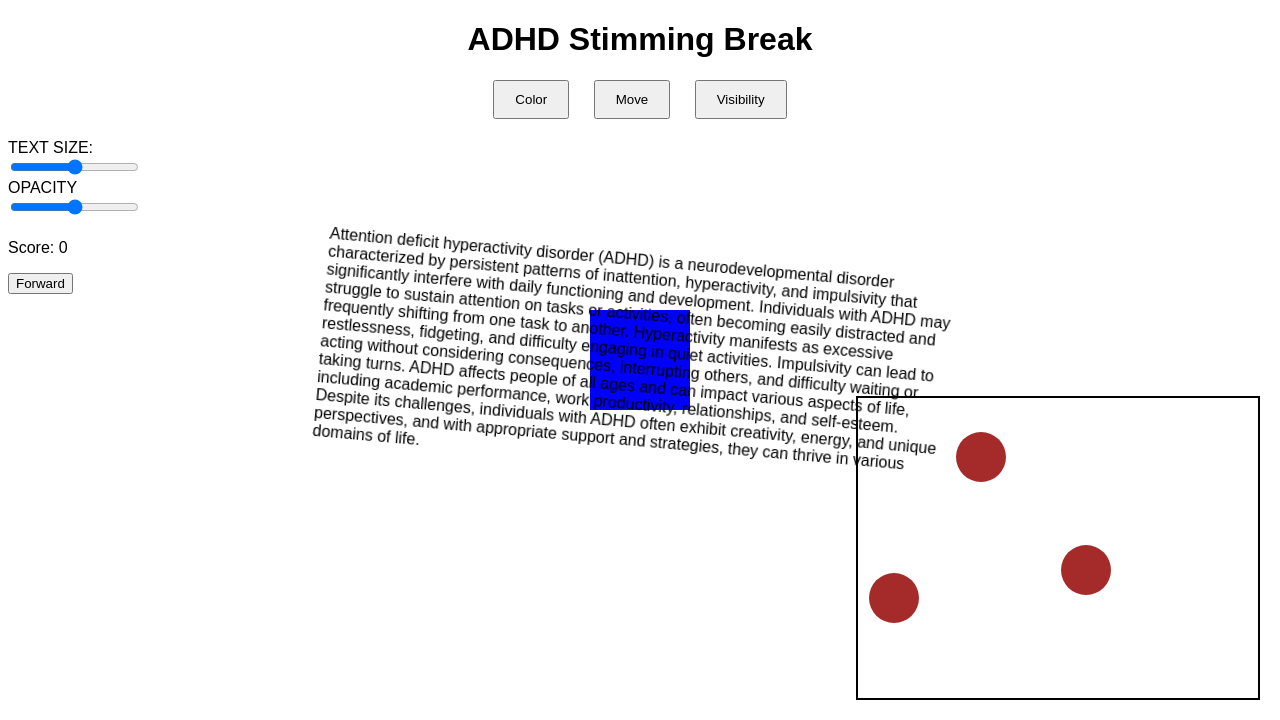
Repository: anderscederberg11/unhandledRuntimeError.json
Page: Henver/henver3.html
An editor plug-in stored every save of this project. The page is shown before and after the next save, followed by the edit.
The browser window is 1280 px wide. The pictures show the whole page.

Above is the page before, as saved 2024-05-24 20:24:38.

### Henver/henver3.html
<!DOCTYPE html>
<html lang="en">
<head>
    <meta charset="UTF-8">
    <meta name="viewport" content="width=device-width, initial-scale=1.0">
    <title>HenverADHD</title>
    <link rel="stylesheet" href="henver3.css">
</head>
<body>
    <h1>ADHD Stimming Break</h1>
    <audio id="background-music" src="/Henver/imgs/what.mp3" autoplay></audio>
    <div class="buttons">
      <button onclick="changeColor()">Color</button>
      <button onclick="moveElement()">Move</button>
      <button onclick="toggleVisibility()">Visibility</button>
    </div>

    <div class="sliders">
      <label for="slider1">TEXT SIZE:</label>
      <input type="range" id="slider1" min="0" max="100" value="50" onchange="adjustFontSize(this.value)">
      <label for="slider2">OPACITY</label>
      <input type="range" id="slider2" min="0" max="100" value="50" onchange="adjustOpacity(this.value)">
    </div>

    <div id="movableElement" class="movable-element"></div>

    <div class="floating-paragraph">
        <p>Attention deficit hyperactivity disorder (ADHD) is a neurodevelopmental disorder characterized by persistent patterns of inattention, hyperactivity, and impulsivity that significantly interfere with daily functioning and development. Individuals with ADHD may struggle to sustain attention on tasks or activities, often becoming easily distracted and frequently shifting from one task to another. Hyperactivity manifests as excessive restlessness, fidgeting, and difficulty engaging in quiet activities. Impulsivity can lead to acting without considering consequences, interrupting others, and difficulty waiting or taking turns. ADHD affects people of all ages and can impact various aspects of life, including academic performance, work productivity, relationships, and self-esteem. Despite its challenges, individuals with ADHD often exhibit creativity, energy, and unique perspectives, and with appropriate support and strategies, they can thrive in various domains of life.</p>
      </div>

      <div class="game-container" onclick="whackMole()">
        <div class="mole" id="mole1"></div>
        <div class="mole" id="mole2"></div>
        <div class="mole" id="mole3"></div>
      </div>

      <p>Score: <span id="score">0</span></p>

      <button onclick="redirectToAnotherPage()">Forward</button>

<script>
    function changeColor() {
  const colors = ["red", "green", "blue", "yellow", "purple", "orange"];
  const randomColor = colors[Math.floor(Math.random() * colors.length)];
  document.body.style.backgroundColor = randomColor;
}

function moveElement() {
  const element = document.getElementById("movableElement");
  const randomX = Math.random() * (window.innerWidth - element.offsetWidth);
  const randomY = Math.random() * (window.innerHeight - element.offsetHeight);
  element.style.left = randomX + "px";
  element.style.top = randomY + "px";
}

function toggleVisibility() {
  const element = document.getElementById("movableElement");
  element.style.display = element.style.display === "none" ? "block" : "none";
}

function adjustFontSize(value) {
  document.body.style.fontSize = value + "px";
}

function adjustOpacity(value) {
  document.getElementById("movableElement").style.opacity = value / 100;
}
let score = 0;

function changeColor() {
  const colors = ["red", "green", "blue", "yellow", "purple", "orange"];
  const randomColor = colors[Math.floor(Math.random() * colors.length)];
  document.body.style.backgroundColor = randomColor;
}

function moveElement() {
  const element = document.getElementById("movableElement");
  const randomX = Math.random() * (window.innerWidth - element.offsetWidth);
  const randomY = Math.random() * (window.innerHeight - element.offsetHeight);
  element.style.left = randomX + "px";
  element.style.top = randomY + "px";
}

function toggleVisibility() {
  const element = document.getElementById("movableElement");
  element.style.display = element.style.display === "none" ? "block" : "none";
}

function adjustFontSize(value) {
  document.body.style.fontSize = value + "px";
}

function adjustOpacity(value) {
  document.getElementById("movableElement").style.opacity = value / 100;
}

function redirect() {
            window.location.href = "/Anders/anders.html";
        }

function whackMole() {
  event.target.style.display = "none";
  score++;
  document.getElementById("score").innerText = score;
}

function showMole(mole) {
  mole.style.display = "block";
  const randomX = Math.random() * 350;
  const randomY = Math.random() * 250;
  mole.style.left = randomX + "px";
  mole.style.top = randomY + "px";
}

setInterval(() => {
  const moles = document.querySelectorAll(".mole");
  moles.forEach((mole) => {
    showMole(mole);
  });
}, 1000);
</script>
</body>
</html>

### Henver/henver3.css
body {
    font-family: Arial, sans-serif;
  }

  h1 {
    text-align: center;
  }

  .buttons {
    text-align: center;
    margin-bottom: 20px;
  }

  .buttons button {
    padding: 10px 20px;
    margin: 0 10px;
  }

  .sliders {
    margin-bottom: 20px;
  }

  .sliders label {
    display: block;
  }

  .movable-element {
    width: 100px;
    height: 100px;
    background-color: blue;
    position: absolute;
    top: 50%;
    left: 50%;
    transform: translate(-50%, -50%);
  }
  .floating-paragraph {
    position: fixed;
    top: 50%;
    left: 50%;
    transform: translate(-50%, -50%);
    animation: floatAndMove 10s infinite alternate;
  }

  .game-container {
    position: fixed;
    bottom: 20px;
    right: 20px;
    width: 400px;
    height: 300px;
    border: 2px solid black;
    overflow: hidden;
}

.mole {
    position: absolute;
    width: 50px;
    height: 50px;
    background-color: brown;
    border-radius: 50%;
    cursor: pointer;
    display: none;
}
  @keyframes floatAndMove {
    0% {
      transform: translate(-50%, -50%) rotate(0deg);
    }
    50% {
      transform: translate(-50%, -50%) rotate(5deg);
    }
    100% {
      transform: translate(-50%, -50%) rotate(0deg);
    }
  }

After the next save:
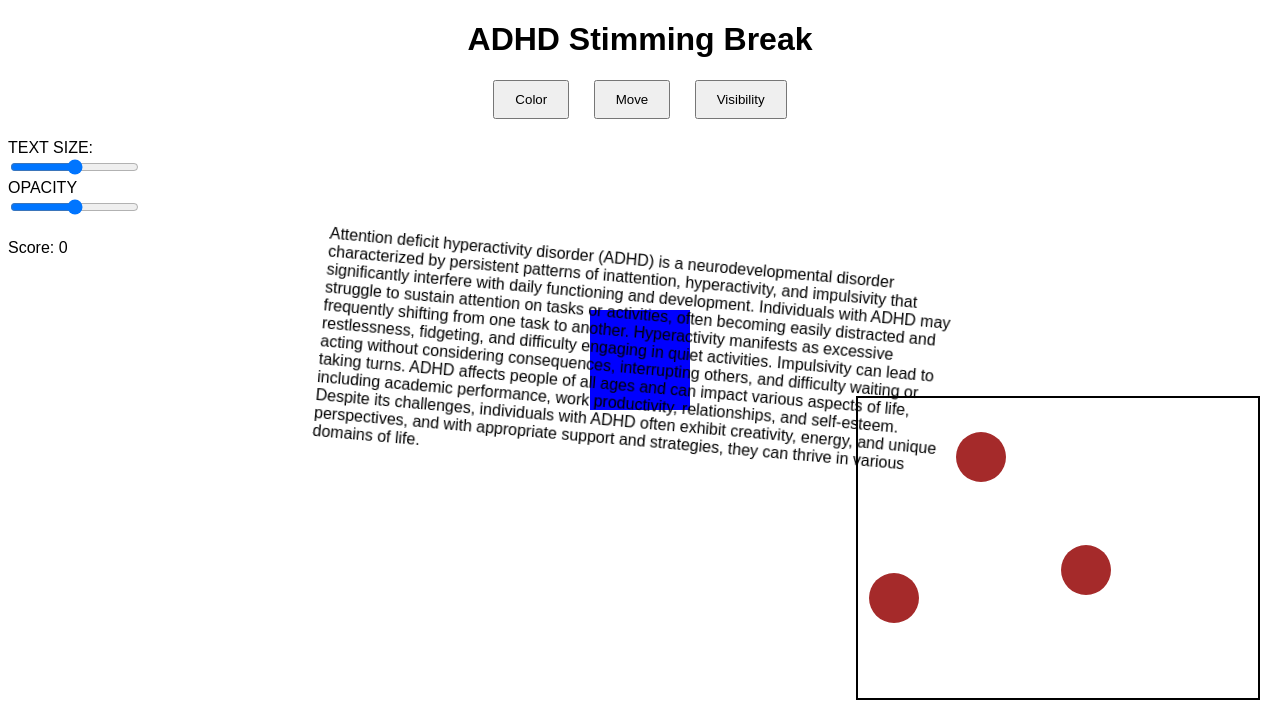
Saved 69 s later.
--- a/Henver/henver3.html
+++ b/Henver/henver3.html
@@ -35,8 +35,6 @@
       </div>
 
       <p>Score: <span id="score">0</span></p>
-
-      <button onclick="redirectToAnotherPage()">Forward</button>
 
 <script>
     function changeColor() {
@@ -94,10 +92,6 @@ function adjustOpacity(value) {
   document.getElementById("movableElement").style.opacity = value / 100;
 }
 
-function redirect() {
-            window.location.href = "/Anders/anders.html";
-        }
-
 function whackMole() {
   event.target.style.display = "none";
   score++;
